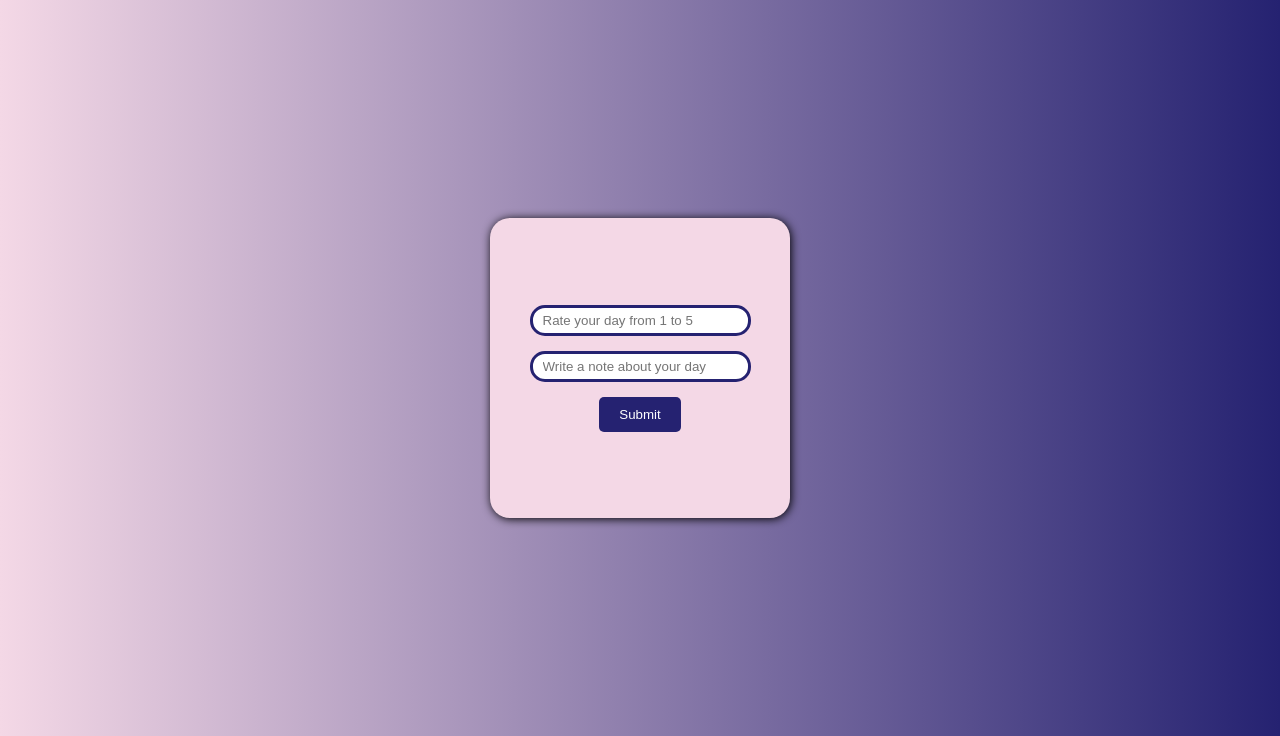
Repository: elenav24/RateMyDay
Page: frontend/index.html
The author's editor kept a copy of each file at every save. The page is drawn from the files as they stood at one save, then again after the next save.
The browser window is 1280 px wide. The pictures show the whole page.

Above is the page before, as saved 2025-05-15 01:35:38.

After the next save:
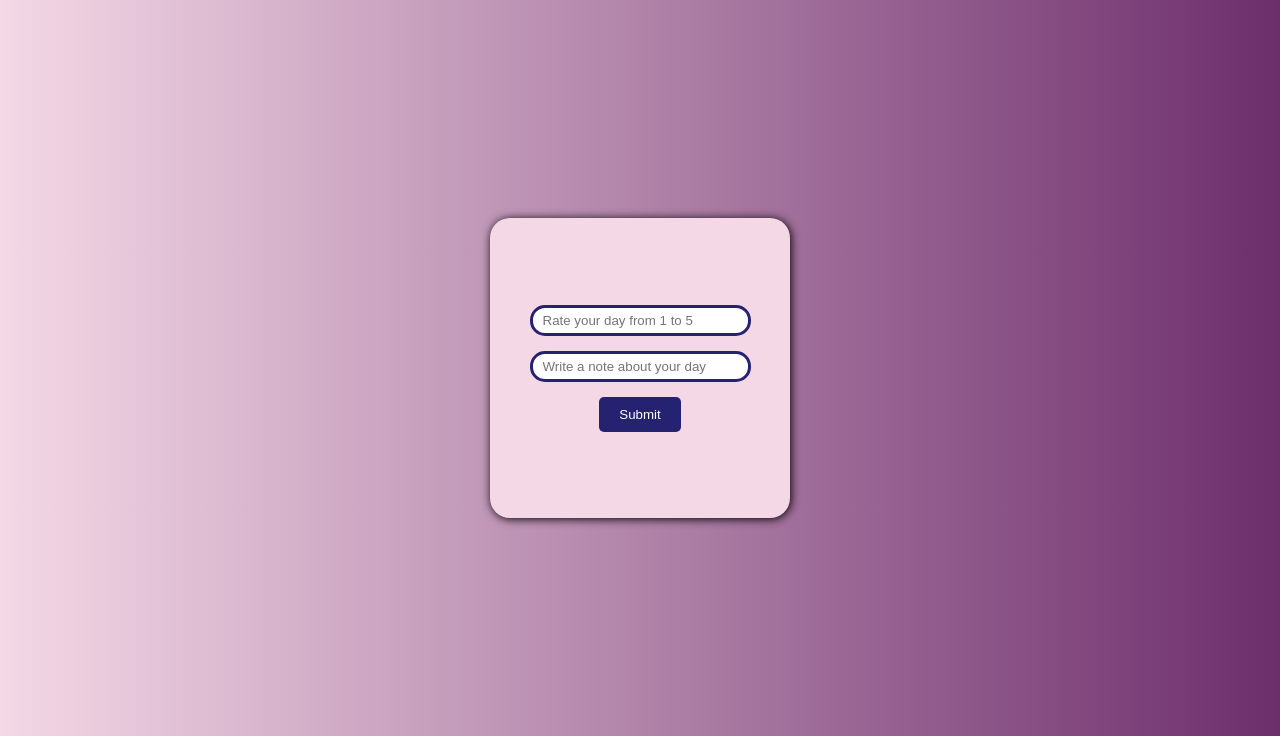
Saved 12 s later.
--- a/frontend/style.css
+++ b/frontend/style.css
@@ -3,7 +3,7 @@ body {
     justify-content: center;
     align-items: center;
     height: 100vh;
-    background: linear-gradient(to right, #f4d8e6, #252271);
+    background: linear-gradient(to right, #f4d8e6, #6d2e6c);
 }
 
 .container {
